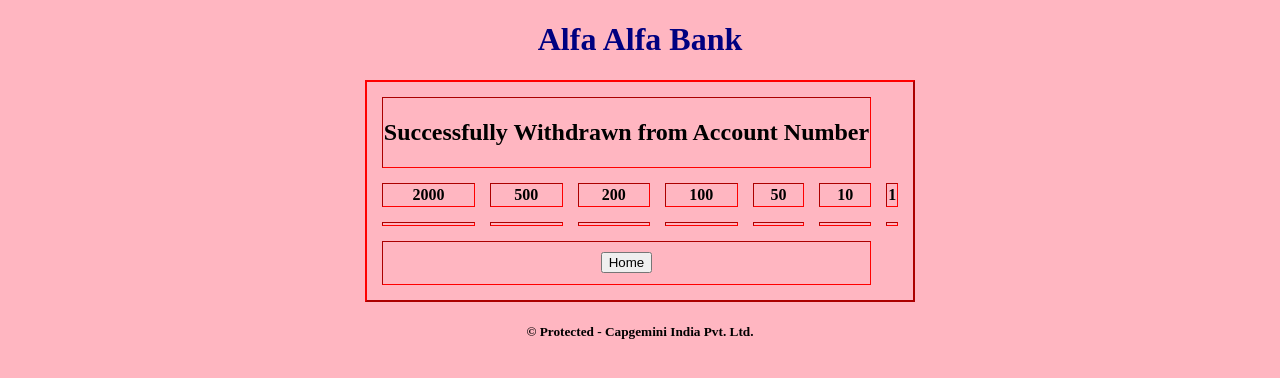
Repository: Rccalfa123/OnlineBankingApp
Page: http://localhost/AlfaAlfaBankApp/withdrawSuccess.jsp
An editor plug-in stored every save of this project. The page is shown before and after the next save, followed by the edit.
The browser window is 1280 px wide. The pictures show the whole page.
The page is served by Tomcat 9.

Above is the page before, as saved 2018-08-13 10:21:55.

After the next save:
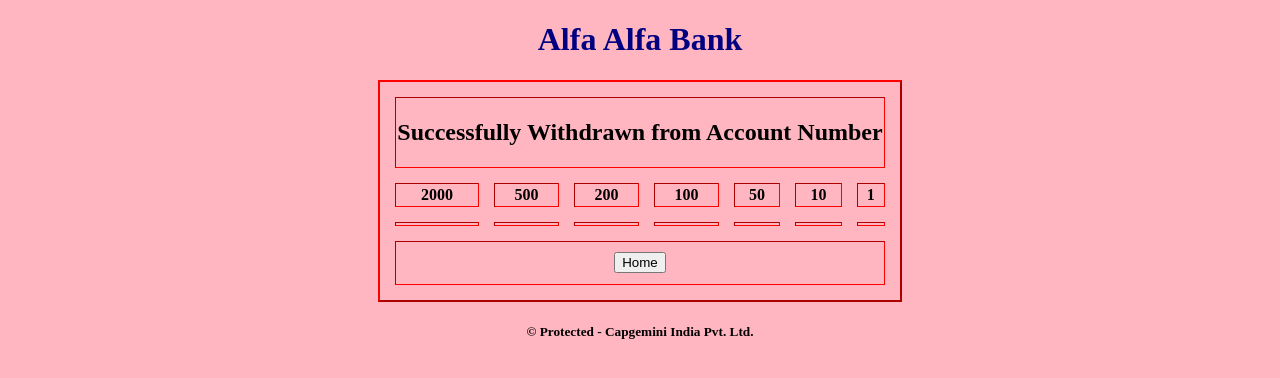
Saved 118 s later.
--- a/AlfaAlfaBankApp/WebContent/withdrawSuccess.jsp
+++ b/AlfaAlfaBankApp/WebContent/withdrawSuccess.jsp
@@ -20,7 +20,7 @@
 		<div>
 			<table cellspacing="15" align="center" border="2">
 				<tr>
-					<th colspan="6" height="35"><h2>Successfully Withdrawn
+					<th colspan="7" height="35"><h2>Successfully Withdrawn
 							${sessionScope.accountInWithdraw} from Account Number
 							${sessionScope.amountInWithdraw}</h2></th>
 				</tr>
@@ -44,7 +44,7 @@
 					<td align="center">${sessionScope.denomination.get(1)}</td>
 				</tr>
 				<tr>
-					<th colspan="6" height="40"><input type="submit" value="Home"></th>
+					<th colspan="7" height="40"><input type="submit" value="Home"></th>
 				</tr>
 			</table>
 		</div>
